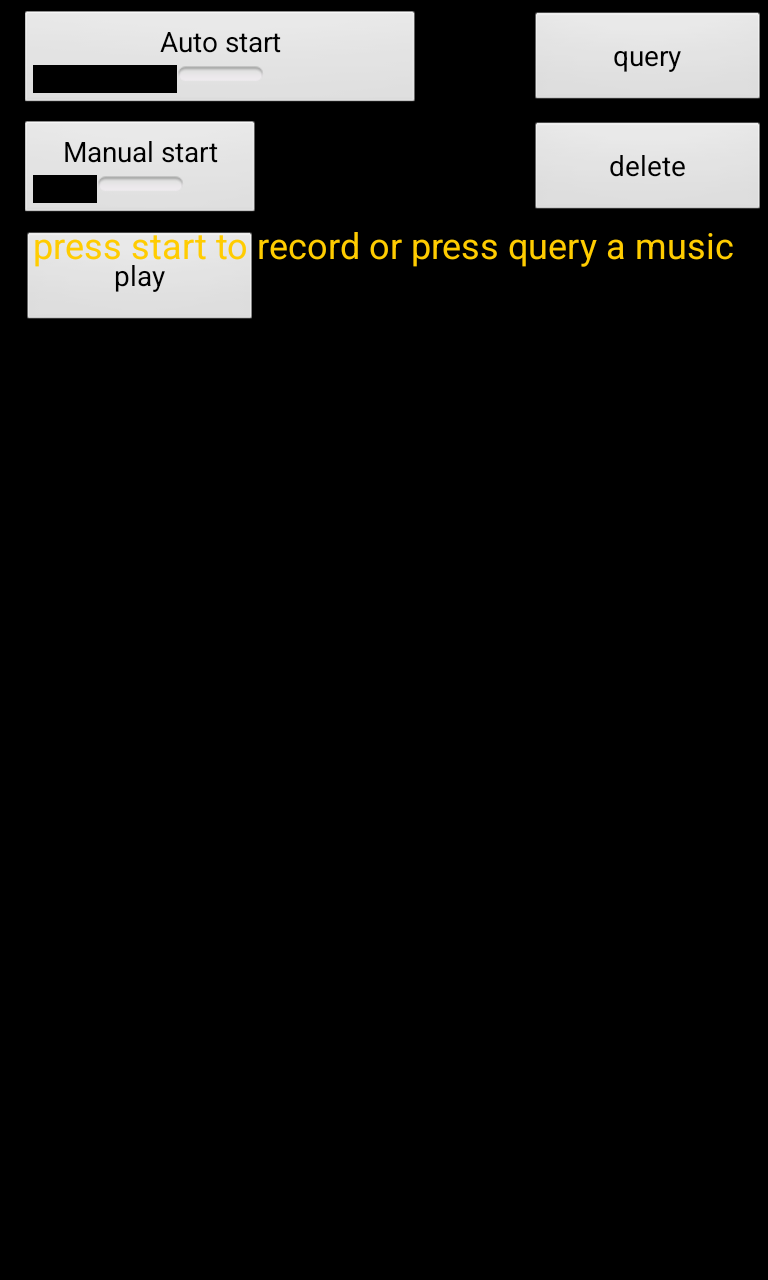
Repository: FreyrChen/tucan_Linux_practice
Layout: 4_Android_program/MusicIdentify/res/layout/activity_main.xml
The author's editor kept a copy of each file at every save. The layout is drawn from the files as they stood at one save, then again after the next save.
It is drawn on a 768 x 1280 px phone screen (xhdpi) without system bars, with theme AppTheme; the app's code is not run. Lists and similar views that code fills are empty.

Above is the layout before, as saved 2013-06-09 08:18:45.

After the next save:
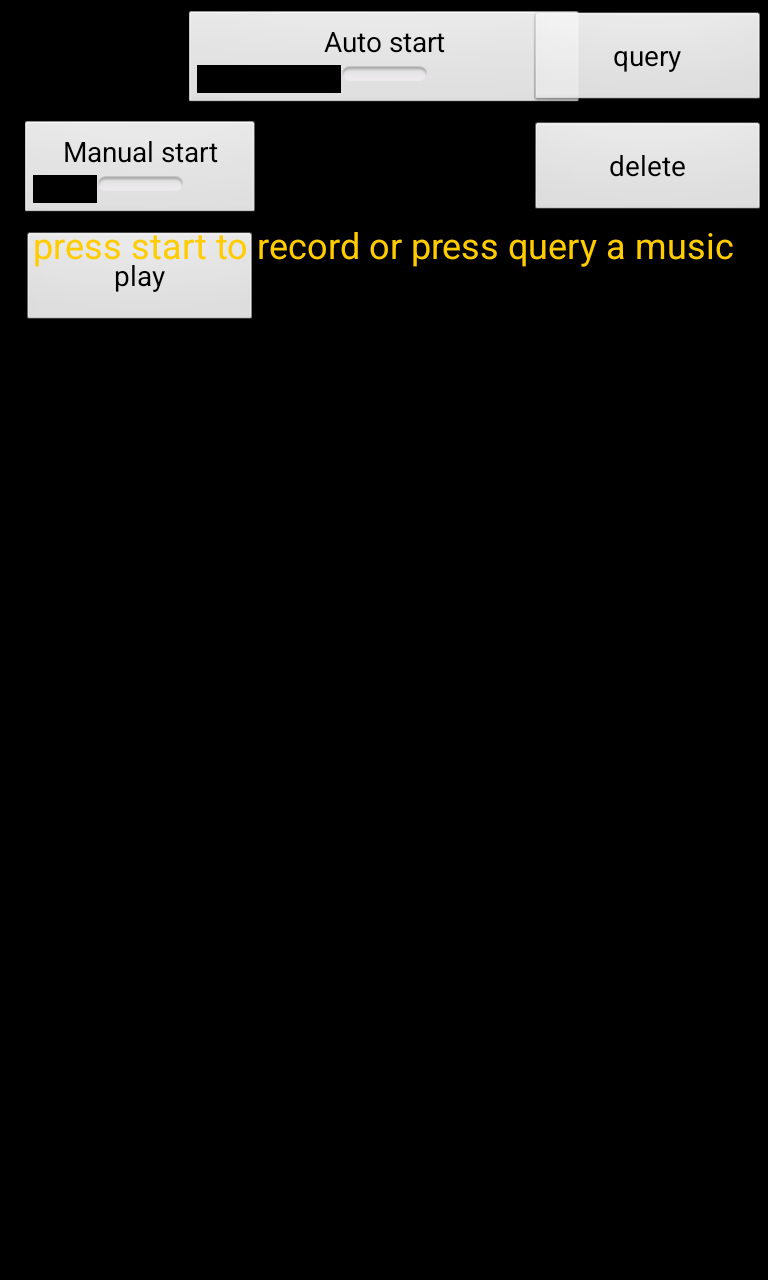
Saved 67 s later.
--- a/4_Android_program/MusicIdentify/res/layout/activity_main.xml
+++ b/4_Android_program/MusicIdentify/res/layout/activity_main.xml
@@ -13,6 +13,7 @@
 	 	android:layout_height="50dp"
 	    android:layout_marginTop="5dp"
 	    android:layout_marginLeft="10dp"
+	    android:layout_centerHorizontal="true"
  	/>
 
      <ToggleButton
